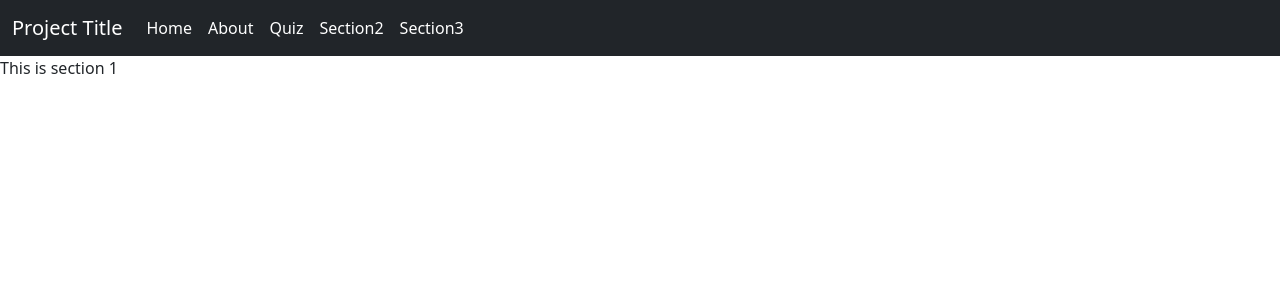
Repository: rahul-chakradhari/devquest
Page: /quiz (app in project/)
An editor plug-in stored every save of this project. The page is shown before and after the next save, followed by the edit.
The browser window is 1280 px wide. The pictures show the whole page.
The project was rebuilt for these pictures with package versions that can differ from the ones it lists, and the page was loaded fresh each time. Also part of the build but not shown: project/vite.config.js, project/src/App.css, project/src/components/Home.jsx, project/src/components/About.jsx, project/src/components/Section2.jsx, project/src/components/Section3.jsx, project/src/index.css.

Above is the page before, as saved 2025-02-23 13:08:05.

After the next save:
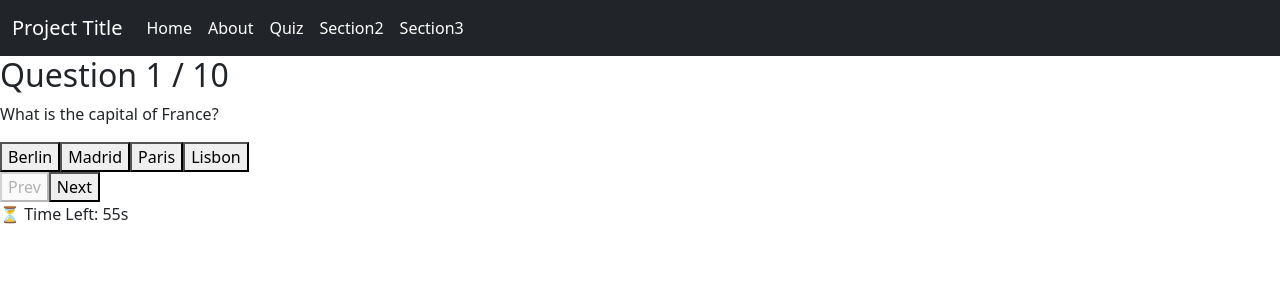
Saved 4 min 50 s later.
--- a/project/src/components/Quiz.jsx
+++ b/project/src/components/Quiz.jsx
@@ -1,7 +1,131 @@
-import React from "react";
+import React, { useState, useEffect } from "react";
 
-const Quiz = () => {
-  return <div>This is section 1</div>;
+const questions = [
+  {
+    question: "What is the capital of France?",
+    options: ["Berlin", "Madrid", "Paris", "Lisbon"],
+    answer: "Paris",
+  },
+  {
+    question: "Which is the largest planet in our solar system?",
+    options: ["Mars", "Earth", "Jupiter", "Saturn"],
+    answer: "Jupiter",
+  },
+  {
+    question: "What is 5 + 3?",
+    options: ["5", "8", "12", "15"],
+    answer: "8",
+  },
+  {
+    question: "Which language is used for web development?",
+    options: ["Python", "C++", "JavaScript", "Swift"],
+    answer: "JavaScript",
+  },
+  {
+    question: "Who developed the theory of relativity?",
+    options: ["Newton", "Einstein", "Tesla", "Darwin"],
+    answer: "Einstein",
+  },
+  {
+    question: "Which is the longest river in the world?",
+    options: ["Amazon", "Nile", "Yangtze", "Ganges"],
+    answer: "Nile",
+  },
+  {
+    question: "Which gas do plants absorb?",
+    options: ["Oxygen", "Carbon Dioxide", "Nitrogen", "Hydrogen"],
+    answer: "Carbon Dioxide",
+  },
+  {
+    question: "How many continents are there?",
+    options: ["5", "6", "7", "8"],
+    answer: "7",
+  },
+  {
+    question: "Which programming language is used for AI?",
+    options: ["Java", "C", "Python", "Go"],
+    answer: "Python",
+  },
+  {
+    question: "Who wrote 'Hamlet'?",
+    options: ["Shakespeare", "Hemingway", "Tolstoy", "Poe"],
+    answer: "Shakespeare",
+  },
+];
+
+const Quiz = ({ onFinish }) => {
+  const [currentQuestion, setCurrentQuestion] = useState(0);
+  const [selectedAnswer, setSelectedAnswer] = useState(null);
+  const [score, setScore] = useState(0);
+  const [timeLeft, setTimeLeft] = useState(60); // Timer in seconds
+
+  useEffect(() => {
+    if (timeLeft === 0) {
+      onFinish(score); // When time runs out, finish quiz
+    }
+
+    const timer = setInterval(() => {
+      setTimeLeft((prev) => (prev > 0 ? prev - 1 : 0));
+    }, 1000);
+
+    return () => clearInterval(timer);
+  }, [timeLeft, onFinish, score]);
+
+  const handleNext = () => {
+    if (selectedAnswer) {
+      if (selectedAnswer === questions[currentQuestion].answer) {
+        setScore((prev) => prev + 1);
+      }
+      setSelectedAnswer(null);
+      if (currentQuestion < questions.length - 1) {
+        setCurrentQuestion((prev) => prev + 1);
+      } else {
+        onFinish(score + 1); // Final score when last question is reached
+      }
+    } else {
+      alert("Please select an answer before proceeding!");
+    }
+  };
+
+  const handlePrev = () => {
+    if (currentQuestion > 0) {
+      setCurrentQuestion((prev) => prev - 1);
+    }
+  };
+
+  return (
+    <div className="quiz-container">
+      <h2>
+        Question {currentQuestion + 1} / {questions.length}
+      </h2>
+      <p className="question-text">{questions[currentQuestion].question}</p>
+
+      <div className="options">
+        {questions[currentQuestion].options.map((option, index) => (
+          <button
+            key={index}
+            className={`option-btn ${
+              selectedAnswer === option ? "selected" : ""
+            }`}
+            onClick={() => setSelectedAnswer(option)}
+          >
+            {option}
+          </button>
+        ))}
+      </div>
+
+      <div className="quiz-controls">
+        <button onClick={handlePrev} disabled={currentQuestion === 0}>
+          Prev
+        </button>
+        <button onClick={handleNext}>
+          {currentQuestion === questions.length - 1 ? "Finish" : "Next"}
+        </button>
+      </div>
+
+      <p className="timer">⏳ Time Left: {timeLeft}s</p>
+    </div>
+  );
 };
 
 export default Quiz;
